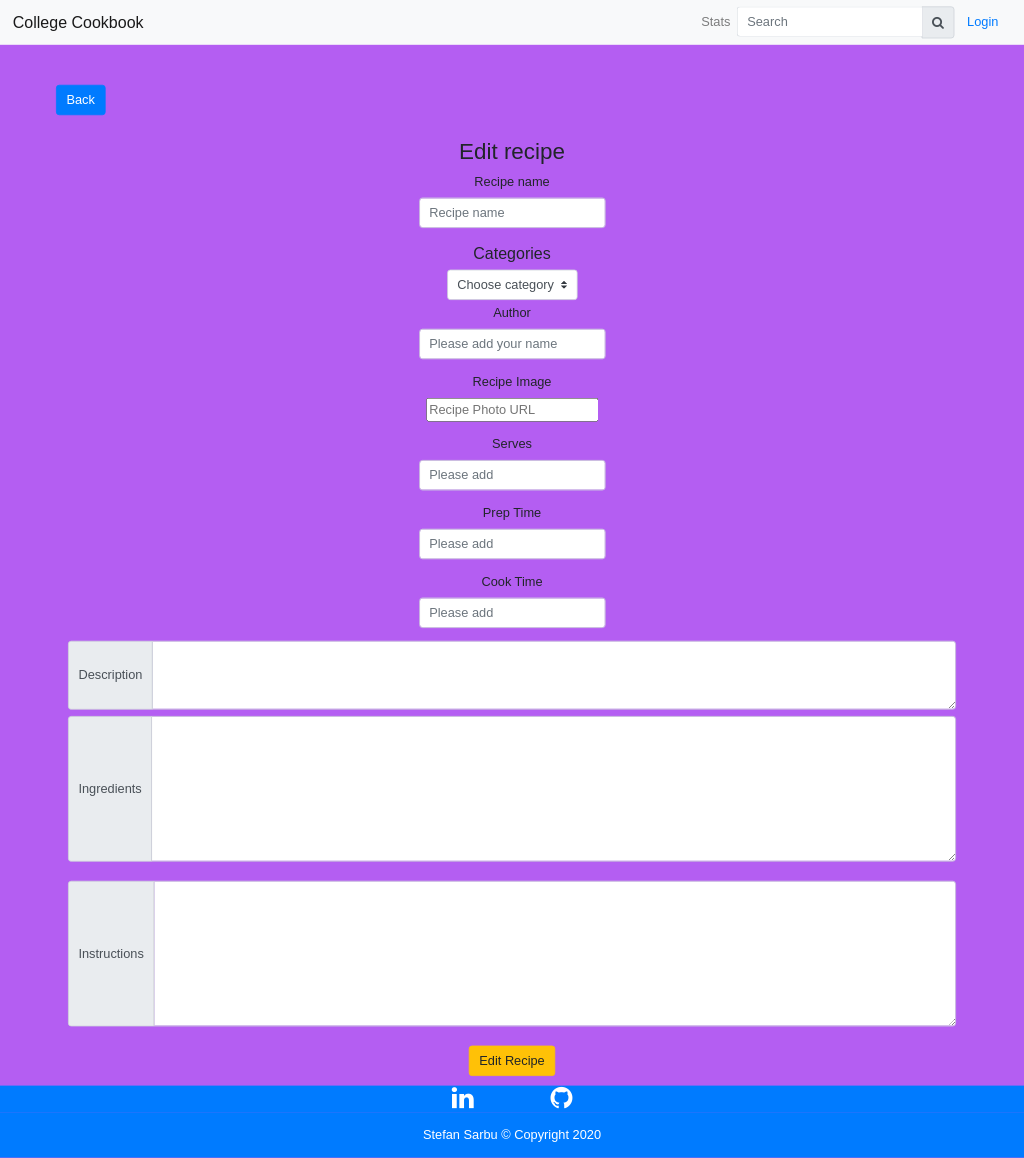
Repository: iiostefanos/college-cookbook
Page: templates/edit_recipe.html
The author's editor kept a record of every edit. The page is drawn from the files as they stood at one moment, then again after the next edit.
The browser window is 1280 px wide. The pictures show the whole page, at 80% of full size.
The page is served by the project's application, run on Flask 3 (app.py). The template is opened directly, without the code that normally fills it, so the values that code supplies are empty.

Above is the page before.

### templates/edit_recipe.html
{% extends 'base.html' %} {% block content %}

<div class="container h-100">
 <div class="row d-flex h-100">
    <div class="align-self-start mr-auto">
 <a class="btn btn-primary" href="{{url_for('get_recipes')}}">Back</a>
    </div>
  </div>
</div>

<main class="container">
<h3 class="text-center">Edit recipe</h3>

<!--Recipe name field-->
        <div class="container-fluid text-center mx-auto">
            <div class="row justify-content-md-center">
                <div class="form-group">
                    <label for="formGroupExampleInput">Recipe name</label>
                    <input type="text" class="form-control" value="{{recipe.recipe_name}}" id="recipe_name" name="recipe_name" placeholder="Recipe name">
                </div>
            </div>
        </div>


<div class="row">
    <form action="/update_recipe/{{recipe._id}}" method="POST" class="col-md-12">

        <!--Category selection-->
        <div class="row justify-content-md-center">
            <div class="form-row align-items-center">
                <div class="col-auto my-1">

                    <h5 class="text-center">Categories</h5>
                    <select id="category" name="category_name" class="custom-select">
                        <option value="" disable selected>Choose category</option>
                        {% for cat in categories %}
                        {% if cat.category_name == recipe.category_name %}
                        <option value="{{cat.category_name}}" selected>{{cat.category_name}}</option>
                        {% else %}
                        <option value="{{cat.category_name}}">{{cat.category_name}}</option>

                        {% endif %}
                        {% endfor %}
                    </select>
                </div>
            </div>
        </div>

        <!--Author field-->
        <div class="container-fluid text-center mx-auto">
            <div class="row justify-content-md-center">
                <div class="form-group">
                    <label for="formGroupExampleInput2">Author</label>
                    <input type="text" class="form-control" value="{{recipe.Author}}" id="Author" name="Author" placeholder="Please add your name">
                </div>
            </div>
        </div>



        <!--Image field-->
        <div class="container-fluid text-center mx-auto">
            <div class="row justify-content-md-center">
                <div class="form-group">
                    <label for="formGroupExampleInput">Recipe Image</label>
                    <div class="imgurl">
                        <input id="img_src" name="recipe_image" type="text" minlength="15" placeholder="Recipe Photo URL" pattern="https?://.+" autocomplete="off">
                    </div>
                </div>
            </div>
        </div>


        <!-- Serves, Prep time and cook time fields-->
        <div class="container-fluid text-center mx-auto">
            <div class="row justify-content-md-center">
                <div class="form-group">
                    <label for="formGroupExampleInput2">Serves</label>
                    <div>
                    <input type="text" class="form-control" value="{{recipe.Serves}}" id="Serves" name="Serves" placeholder="Please add">
                </div>
            </div>
        </div>
        </div>

        <div class="container-fluid text-center mx-auto">
            <div class="row justify-content-md-center">
                <div class="form-group">
                    <label for="formGroupExampleInput2">Prep Time</label>
                    <input type="text" class="form-control" value="{{recipe.Prep_Time}}" id="Prep_Time" name="Prep_Time" placeholder="Please add">
                </div>
            </div>
        </div>

        <div class="container-fluid text-center mx-auto">
            <div class="row justify-content-md-center">
                <div class="form-group">
                    <label for="formGroupExampleInput2">Cook Time</label>
                    <input type="text" class="form-control" value="{{recipe.Cook_Time}}" id="Cook_Time" name="Cook_Time" placeholder="Please add">
                </div>
            </div>
        </div>


         <!--Recipe description container-->
            <div class="container-fluid text-center mx-auto">
                <div class="row">
                    <div class="input-group">
                        <div class="input-group-prepend">
                            <span class="input-group-text">Description</span>
                        </div>
                        <textarea class="form-control" aria-label="Recipe description" name="recipe_description" rows="3" cols="30">{{recipe.recipe_description}}</textarea>
                    </div>
                </div>
            </div>

        <!--Ingredients container-->
        <div class="container-fluid text-center mx-auto">
            <div class="row justify-content-md-center mt-2">
                <div class="input-group">
                    <div class="input-group-prepend">
                        <span class="input-group-text">Ingredients</span>
                    </div>
                    <textarea class="form-control" aria-label="Ingredients" name="Ingredients" rows="7" cols="30">{{recipe.Ingredients}}</textarea>
                </div>
            </div>
        </div>


        <!--Instructions container-->
        <div class="container-fluid text-center mx-auto">
            <div class="row justify-content-md-center mt-4">
                <div class="input-group">
                    <div class="input-group-prepend">
                        <span class="input-group-text">Instructions</span>
                    </div>
                    <textarea class="form-control" aria-label="Instructions" name="Instructions" rows="7" cols="30">{{recipe.Instructions}}</textarea>
                </div>
            </div>
        </div>


        <!--Submit button-->
        <div class="container-fluid text-center mx-auto">
            <div class="row justify-content-md-center mt-4">
                <div class="col-md-6">
                    <button type="submit" class="btn btn-warning">Edit Recipe</button>
                </div>
            </div>
        </div>
    </form>

</main>

    {% endblock %}

### templates/base.html
<!DOCTYPE html>
<html>
    <head>

        <!-- Bootstrap CSS -->
        <link rel="stylesheet" href="https://stackpath.bootstrapcdn.com/bootstrap/4.4.1/css/bootstrap.min.css" integrity="sha384-Vkoo8x4CGsO3+Hhxv8T/Q5PaXtkKtu6ug5TOeNV6gBiFeWPGFN9MuhOf23Q9Ifjh" crossorigin="anonymous">

        <!-- Custom CSS -->
        <link rel="stylesheet" href="{{url_for('static', filename='css/style.css')}}" type="text/css"/>
        <!-- Font awesome -->
        <link href="https://stackpath.bootstrapcdn.com/font-awesome/4.7.0/css/font-awesome.min.css" rel="stylesheet" integrity="sha384-wvfXpqpZZVQGK6TAh5PVlGOfQNHSoD2xbE+QkPxCAFlNEevoEH3Sl0sibVcOQVnN" crossorigin="anonymous">
        <link rel="shortcut icon" type="image/png" href="{{url_for('static', filename='img/favicon.png')}}" />
    </head>
    <body>

        <header>
            <nav class="navbar navbar-expand-lg navbar-light bg-light">
  <a class="navbar-brand" href="{{url_for('get_recipes')}}">College Cookbook</a>
  <button class="navbar-toggler" type="button" data-toggle="collapse" data-target="#navbarNavAltMarkup" aria-controls="navbarNavAltMarkup" aria-expanded="false" aria-label="Toggle navigation">
    <span class="navbar-toggler-icon"></span>
  </button>
  <div class="collapse navbar-collapse" id="navbarNavAltMarkup">
    <div class="navbar-nav ml-auto">

      <a class="nav-item nav-link" href="{{url_for('stats')}}">Stats</a>
      <div class="input-group">
      <input class="form-control py-2 border-right-0 border" type="search" placeholder="Search">
      <div class="input-group-append">
          <div class="input-group-text" id="btnGroupAddon2"><i class="fa fa-search"></i></div>
      </div>
  </div>
  </div>

      {% if user is defined %}
      {% block navbar %}

{% endblock %}

        <ul class="navbar-nav navbar-center">
               <a class="nav-link" href="{{ url_for('add_recipe') }}">Add a Recipe</a>
               <a class="nav-link" href="{{ url_for('logout') }}">Log Out</a>



        {% else %}

      <a class="nav-item nav-link" data-toggle="modal" data-target="#login" href="{{url_for('get_recipes')}}">Login</a>
      {% endif %}
      </ul>
    </div>
  </div>
</nav>

<br>
</header>



        {% block content %}
        {% endblock %}





<!-- Login Modal -->
<div class="modal fade" id="login" tabindex="-1" role="dialog" aria-labelledby="ModalLabel" aria-hidden="true">
  <div class="modal-dialog" role="document">
    <div class="modal-content">
      <div class="modal-header">
        <h5 class="modal-title" id="ModalLabel">Login to your account</h5>
        <button type="button" class="close" data-dismiss="modal" aria-label="Close">
          <span aria-hidden="true">&times;</span>
        </button>
      </div>
      <div class="modal-body">
        <form role="form" method=POST action="{{ url_for('login') }}">
                      <div class="form-group">
                        <label for="user"><i class="fa fa-user" aria-hidden="true"></i>
Username</label>
                          <input type="user" class="form-control" placeholder="Username" name="username" required value="{{
          request.form.username }}">
                      </div>
                      <div class="form-group">
                        <label for="password"><i class="fa fa-pencil-square-o" aria-hidden="true"></i>
Password</label>
                          <input type="password" class="form-control" placeholder="Password" name="password" required>
                      </div>

                  <br>
            <div>
                Don't have an account? <a data-toggle="modal" data-target="#register" data-dismiss="modal" href=''>Sign up here</a>
            </div>
      </div>
      <div class="modal-footer">
        <button type="button" class="btn btn-secondary" data-dismiss="modal">Close</button>
        <button type="submit" class="btn btn-primary"><i class="fa fa-sign-in" aria-hidden="true"></i>
Login </button>
      </form>
      </div>
    </div>
  </div>
</div>

          <!-- Signup Modal -->
<div class="modal fade" id="register" tabindex="-1" role="dialog" aria-labelledby="ModalLabel" aria-hidden="true">
  <div class="modal-dialog" role="document">
    <div class="modal-content">
      <div class="modal-header">
        <h5 class="modal-title" id="ModalLabel">Signup</h5>
        <button type="button" class="close" data-dismiss="modal" aria-label="Close">
          <span aria-hidden="true">&times;</span>
        </button>
      </div>
      <div class="modal-body">
         <form role="form" method=POST action="{{ url_for('register') }}">
                      <div class="form-group">
                        <label for="user"><i class="fa fa-user" aria-hidden="true"></i>
Username</label>
                          <input type="user" class="form-control" placeholder="Username" name="username" required>
                      </div>
                      <div class="form-group">
                        <label for="password"><i class="fa fa-pencil-square-o" aria-hidden="true"></i>
 Password</label>
                          <input type="password" class="form-control" placeholder="Password" name="password" required>
                      </div>
                      <div class="form-group">
                        <label for="password"><i class="fa fa-pencil-square-o" aria-hidden="true"></i>
Re-type Password</label>
                          <input type="password" class="form-control" placeholder="Re-type Password" name="password1" required>
                      </div>

      </div>
      <div class="modal-footer">
        <button type="button" class="btn btn-secondary" data-dismiss="modal">Close</button>
        <button type="submit" class="btn btn-primary"><i class="fa fa-user-plus" aria-hidden="true"></i>

Signup </button>
       </form>
      </div>
    </div>
  </div>
</div>


<!-- Footer -->
<footer >
<div class="container-fluid">
        <div class="row bg-primary mt-2">
          <div class="col-md-12">
            <div class="d-flex justify-content-center align-items-center">

              <!--Linkedin -->
          <a target="_blank" href="https://www.linkedin.com/">
            <span class="p-5 text-white"><i class="fa fa-linkedin fa-2x" aria-hidden="true"></i></a>
          </span>


          <!--Github-->
          <a target="_blank" href="https://www.github.com/">
            <span class="p-5 text-white"><i class="fa fa-github fa-2x"> </i>
          </a>
          </span>
            </div>
          </div>
        </div>
      </div>


    <div class="container-fluid">
        <div class="row bg-primary">
          <div class="col-md-12">
            <div class="d-flex justify-content-center align-items-center">

              <span class="p-3 text-white"
                >Stefan Sarbu &copy; Copyright 2020</span
              >
            </div>
          </div>
        </div>
      </div>
</footer>
<!-- Footer -->



        <script src="https://code.jquery.com/jquery-3.4.1.slim.min.js" integrity="sha384-J6qa4849blE2+poT4WnyKhv5vZF5SrPo0iEjwBvKU7imGFAV0wwj1yYfoRSJoZ+n" crossorigin="anonymous"></script>
        <script src="https://cdn.jsdelivr.net/npm/popper.js@1.16.0/dist/umd/popper.min.js" integrity="sha384-Q6E9RHvbIyZFJoft+2mJbHaEWldlvI9IOYy5n3zV9zzTtmI3UksdQRVvoxMfooAo" crossorigin="anonymous"></script>
        <script src="https://stackpath.bootstrapcdn.com/bootstrap/4.4.1/js/bootstrap.min.js" integrity="sha384-wfSDF2E50Y2D1uUdj0O3uMBJnjuUD4Ih7YwaYd1iqfktj0Uod8GCExl3Og8ifwB6" crossorigin="anonymous"></script>
        <script src="../static/js/script.js"type="text/javascript"></script>







    </body>
</html>

### app.py
import os
from flask import Flask, render_template, redirect, request, url_for, session, flash
from flask_pymongo import PyMongo
from werkzeug.security import generate_password_hash, check_password_hash
from bson.objectid import ObjectId
from os import path

if path.exists("env.py"):
    import env

app = Flask(__name__)

app.config["MONGO_DBNAME"] = 'college_cookbook'
app.config["MONGO_URI"] = os.environ["MONGO_URI"]
app.config['SECRET_KEY'] = os.urandom(24)
mongo = PyMongo(app)

# Collections

users_collection = mongo.db.users
recipes_collection = mongo.db.recipes

# Login
@app.route('/login', methods=['GET', 'POST'])
def login():
	form = request.form.to_dict()
	user_in_db = users_collection.find_one({'username': form['username']})
	# Check for user in database
	if user_in_db:
		# If passwords match (hashed / real password)
		if check_password_hash(user_in_db['password'], form['password']):
			# Log user in (add to session)
			session['user'] = form['username']
			# If the user is admin redirect him to admin area
			if session['user'] == "user":
				return redirect(url_for('get_recipes'))
			else:
				flash("Logged in successful!")
				return redirect(url_for('get_recipes', user=user_in_db['username']))

		else:
			flash("Wrong password or username!")
			flash("Try login again")
			return redirect(url_for('get_recipes'))
	else:
		flash("You need to signup !")
		return redirect(url_for('get_recipes'))



# Sign up
@app.route('/register', methods=['GET', 'POST'])
def register():
	# Check if user is not logged in already
	if 'user' in session:
		flash('Already sign in!')
		return redirect(url_for('get_recipes'))
	if request.method == 'POST':
		form = request.form.to_dict()
		# Check if the password and password1 actually match
		if form['password'] == form['password1']:
			# If so try to find the user in db
			user = users_collection.find_one({"username" : form['username']})
			print(form)
			if user:
				flash(f"{form['username']} already exists!")
				return redirect(url_for('get_recipes'))
			# If user does not exist register new user
			else:
				# Hash password
				hash_pass = generate_password_hash(form['password'])
				#Create new user with hashed password
				users_collection.insert_one(
					{
						'username': form['username'],
						'password': hash_pass
					}
				)
				# Check if user is actually saved
				user_in_db = users_collection.find_one({"username": form['username']})
				if user_in_db:
					# Log user in (add to session)
					session['user'] = user_in_db['username']
					return redirect(url_for('get_recipes', user=user_in_db['username']))
				else:
					flash("There was a problem saving your profile")
					return redirect(url_for('get_recipes'))

		else:
			flash("Passwords don't match!")
			return redirect(url_for('get_recipes'))

	return render_template("recipes")

# Log out
@app.route('/logout')
def logout():
	# Clear the session
	session.clear()
	flash('You were logged out!')
	return redirect(url_for('get_recipes'))

@app.route('/')
@app.route('/get_recipes')
def get_recipes():
    if 'user' in session:
      return render_template("recipes.html", recipes=mongo.db.recipes.find(), user = session['user'])
    else:
      return render_template("recipes.html", recipes=mongo.db.recipes.find())



@app.route('/stats')
def stats():
    return render_template("stats.html",
    recipes=mongo.db.recipes.find())


@app.route('/add_recipe')
def add_recipe():
    if 'user' in session:
        categories=mongo.db.categories.find()
        flash('Recipe added')
        return render_template('add_recipe.html', categories = categories)
    else:
        return render_template("recipes.html", recipes=mongo.db.recipes.find())

@app.route ('/insert_recipe', methods=['POST'])
def insert_recipe():
    recipes=mongo.db.recipes
    recipes.insert_one(request.form.to_dict())
    return redirect(url_for('get_recipes'))

@app.route('/edit_recipe/<recipe_id>', methods=['POST'])
def edit_recipe(recipe_id):
    if 'user' in session:
        the_recipe = mongo.db.recipes.find_one({"_id": ObjectId(recipe_id)})
        all_categories = mongo.db.categories.find()
        return render_template('edit_recipe.html', recipe=the_recipe, categories=all_categories)
    else:
        return render_template("recipes.html", recipes=mongo.db.recipes.find())

@app.route('/update_recipe/<recipe_id>', methods=['POST'])
def update_recipe(recipe_id):
    recipes=mongo.db.recipes
    recipes.update_one({'_id': ObjectId(recipe_id)},
    { "$set":
       {
        "category_name":request.form.get('category_name'),
        "recipe_name":request.form.get('recipe_name'),
        "recipe_image":request.form.get('recipe_image'),
        "Serves":request.form.get('Serves'),
        "Prep_Time":request.form.get('Prep_Time'),
        "Cook_Time":request.form.get('Cook_Time'),
        "recipe_description":request.form.get('recipe_description'),
        "Author":request.form.get('Author'),
        "Ingredients":request.form.get('Ingredients'),
        "Instructions":request.form.get('Instructions')
        }
     }
    )
    return redirect(url_for('get_recipes'))



@app.route('/delete_recipe/<recipe_id>', methods=['POST'])
def delete_recipe(recipe_id):
    if 'user' in session:
        mongo.db.recipes.remove({'_id': ObjectId(recipe_id)})
        flash('Recipe deleted')
    return redirect(url_for('get_recipes'))

@app.route('/how_to/<recipe_id>')
def how_to(recipe_id):

        the_recipe = mongo.db.recipes.find_one({"_id": ObjectId(recipe_id)})
        all_categories = mongo.db.categories.find()
        return render_template('how_to.html', recipe=the_recipe, categories=all_categories)


if __name__ == '__main__':
    app.run(host=os.environ.get('IP'),
            port=int(os.environ.get('PORT')),
            debug=True)

### static/css/style.css
body {
    background-color: #b45ef2;
    background-repeat: repeat-x;
    font-family: Arial, Helvetica, sans-serif;

    }

.btn-small
{
    height: 24px;
    width: 60px;
    line-height: 24px;
    margin: 5px 5px;
    padding: 0 0.5em;
}

.recipe-header {
    margin-top: 5px;
}

.signup {
  text-align:center;
  margin-top: 4px;
}

.videoframe {
  width:560px;
  height:315px;
  padding-right: 34px;
}

.card {
  padding-right: 3px;
  margin: 0 5px;
}

.card-img-top {
height: 300px;
width: 350px;
}

.invite{
  padding-top: 24px;
}

.charts img {


    width:  400px;
    height: 300px;
    background-size: cover;
}


.container {
  margin-top: 2%;
  padding-bottom: 4px;
}
.inner {
  overflow: hidden;
}

.inner img{
  transition: all 1.5s ease;
}

.inner:hover img {
  transform: scale(1.5);
}

.navbar-nav.navbar-center {
    position: absolute;
    left: 50%;
    transform: translatex(-50%);
}

.user-greeting {
  margin-top: 94px;
}

### static/js/script.js


window.setTimeout(function() {
    $(".alert").fadeTo(500, 0).slideUp(500, function(){
        $(this).remove();
    });
}, 2000);

After the next edit:
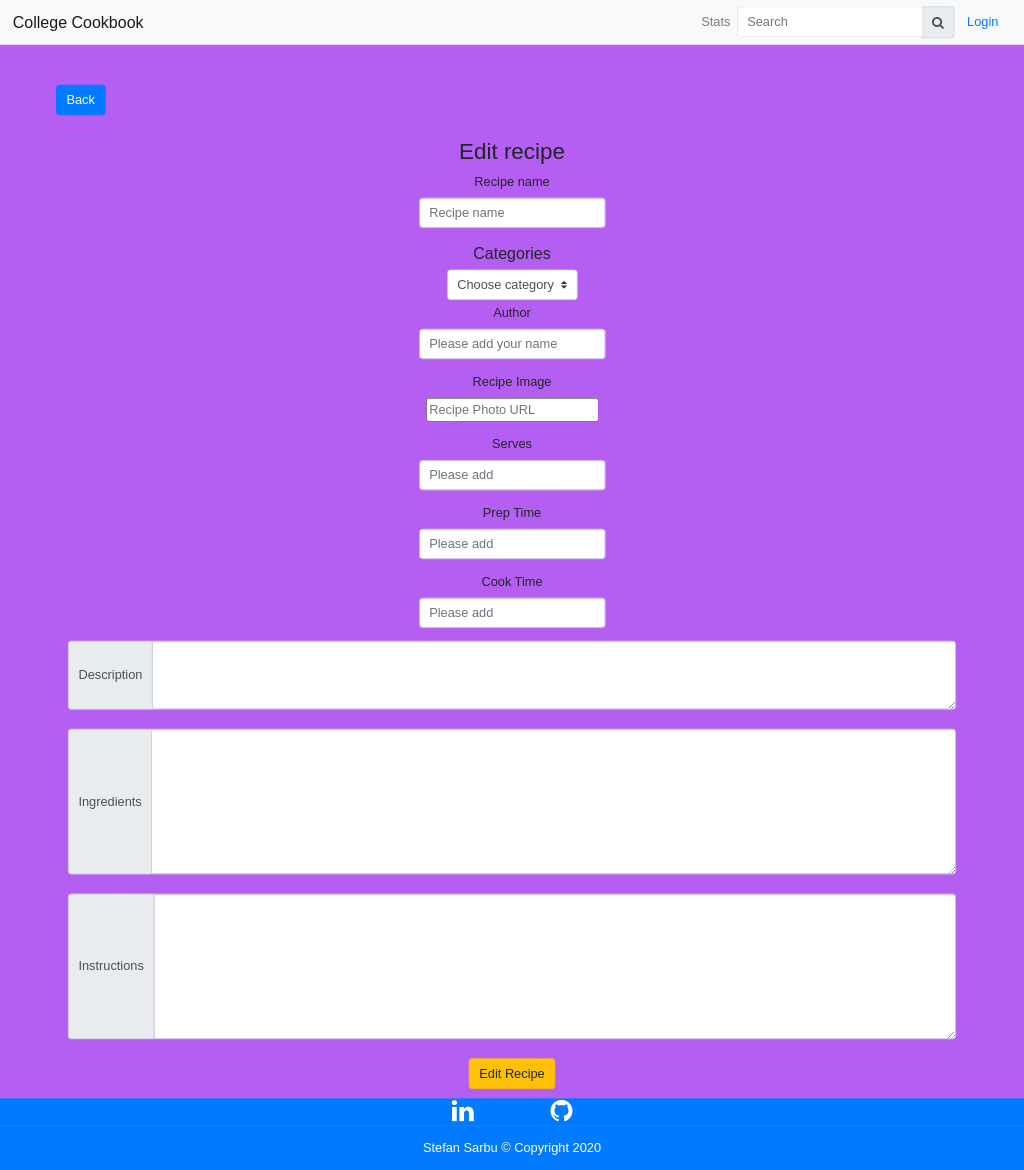
The edit:
--- a/templates/edit_recipe.html
+++ b/templates/edit_recipe.html
@@ -116,7 +116,7 @@
 
         <!--Ingredients container-->
         <div class="container-fluid text-center mx-auto">
-            <div class="row justify-content-md-center mt-2">
+            <div class="row justify-content-md-center mt-4">
                 <div class="input-group">
                     <div class="input-group-prepend">
                         <span class="input-group-text">Ingredients</span>
